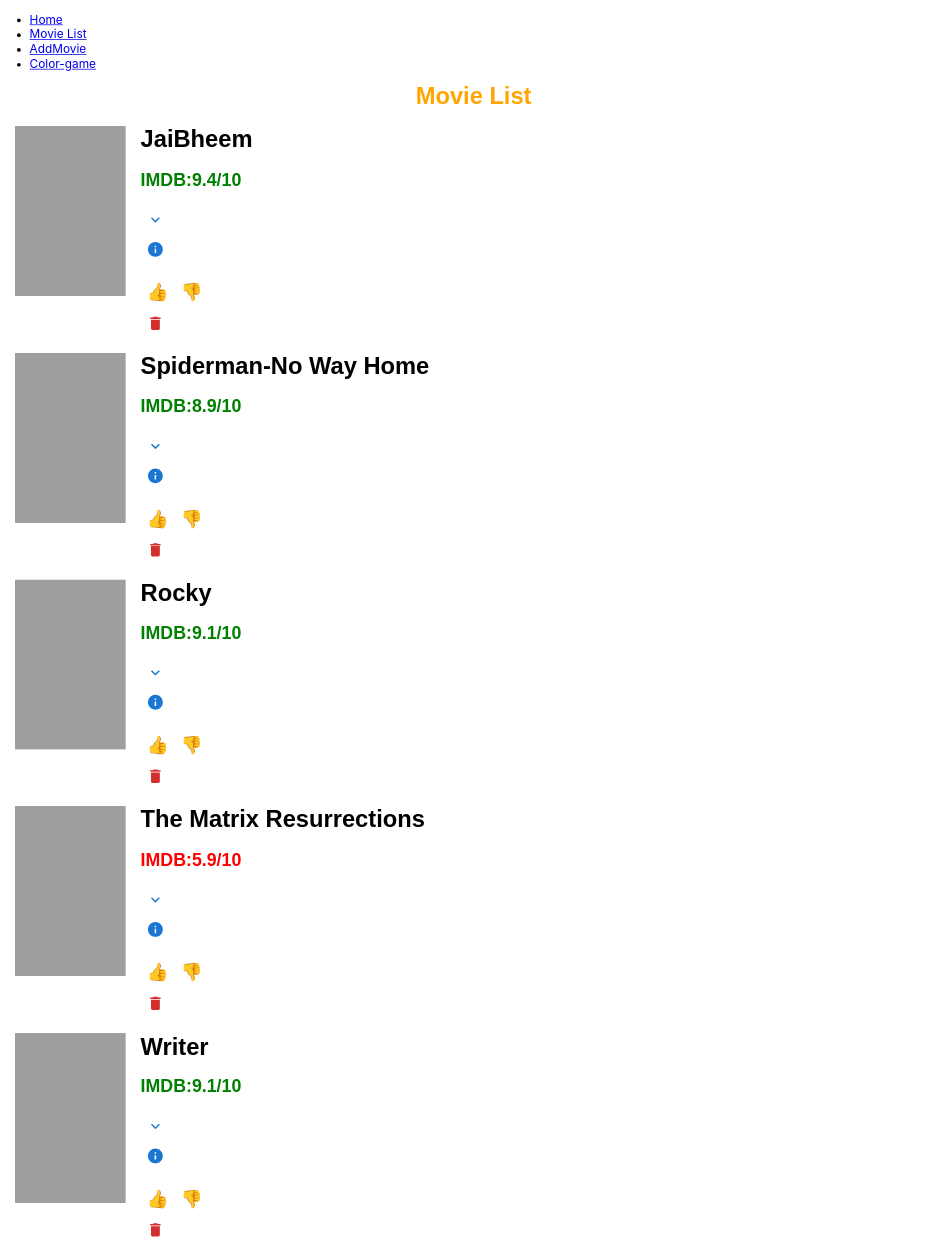
Repository: baladhinesh18/first-app
Page: /Counter
An editor plug-in stored every save of this project. The page is shown before and after the next save, followed by the edit.
The browser window is 1280 px wide. The pictures show the whole page, at 74% of full size.
Pictures or frames that could not be fetched are drawn as grey boxes. The project was rebuilt for these pictures with package versions that can differ from the ones it lists, and the page was loaded fresh each time. Also part of the build but not shown: src/AddMovie.js, src/AddColor.js, src/Error.js.

Above is the page before, as saved 2022-02-04 16:22:20.

After the next save:
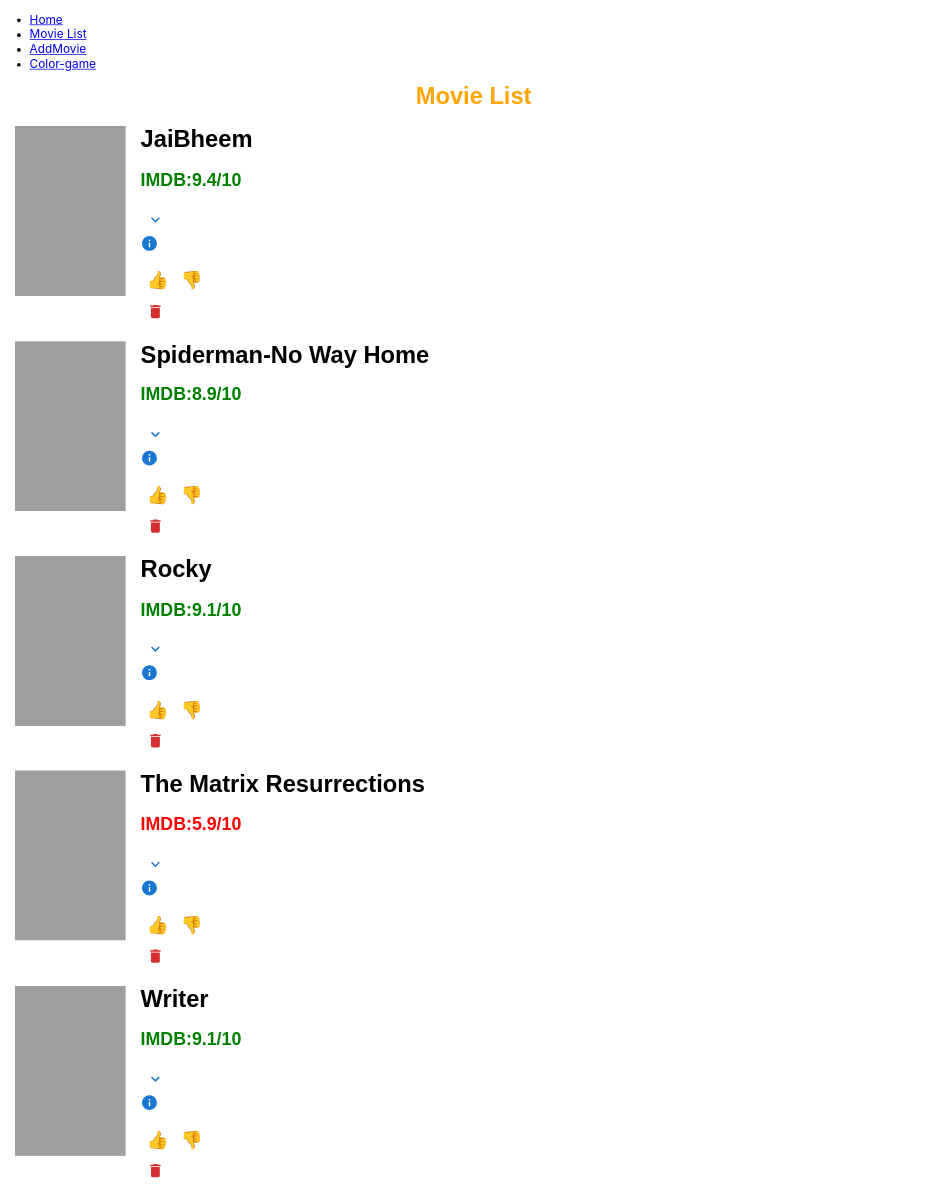
Saved 50 s later.
--- a/src/App.js
+++ b/src/App.js
@@ -31,7 +31,7 @@
       <div>
     <IconButton onClick={()=>setIsHide(!isHide)} color="primary"> {isHide ? <ExpandLessIcon/> : <ExpandMoreIcon/>}</IconButton>
     </div>
-    <IconButton><InfoIcon color="primary"/></IconButton>
+    <InfoIcon color="primary" />
     <Counter/>
     {del}
       </div>
